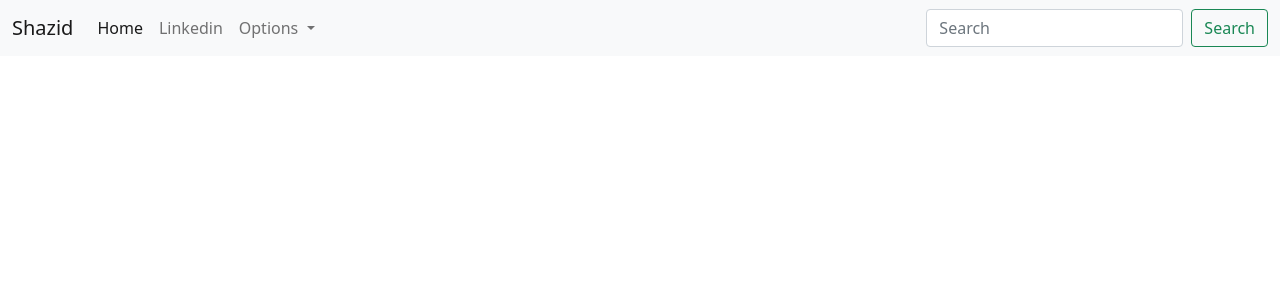
Repository: shazid98/shazid_webpage
Page: index.html
These files come from the project's save history. The page is drawn as it stood at one moment and after the next save; the edit follows.
The browser window is 1280 px wide. The pictures show the whole page.

Above is the page before, as saved 2022-07-04 15:42:03.

### index.html
<!DOCTYPE html>
<!--[if lt IE 7]>      <html class="no-js lt-ie9 lt-ie8 lt-ie7"> <![endif]-->
<!--[if IE 7]>         <html class="no-js lt-ie9 lt-ie8"> <![endif]-->
<!--[if IE 8]>         <html class="no-js lt-ie9"> <![endif]-->
<!--[if gt IE 8]>      <html class="no-js"> <![endif]-->
<html>
    <head>
        <meta charset="utf-8">
        <meta http-equiv="X-UA-Compatible" content="IE=edge">
        <title></title>
        <meta name="description" content="">
        <meta name="viewport" content="width=device-width, initial-scale=1">
        <link rel="stylesheet" href="style.css">
        <link href="https://cdn.jsdelivr.net/npm/bootstrap@5.0.2/dist/css/bootstrap.min.css" rel="stylesheet" integrity="sha384-EVSTQN3/azprG1Anm3QDgpJLIm9Nao0Yz1ztcQTwFspd3yD65VohhpuuCOmLASjC" crossorigin="anonymous">
        <script src="https://cdn.jsdelivr.net/npm/bootstrap@5.0.2/dist/js/bootstrap.bundle.min.js" integrity="sha384-MrcW6ZMFYlzcLA8Nl+NtUVF0sA7MsXsP1UyJoMp4YLEuNSfAP+JcXn/tWtIaxVXM" crossorigin="anonymous"></script>
        <nav class="navbar navbar-expand-lg navbar-light bg-light">
            <div class="container-fluid">
              <a class="navbar-brand" href="#">Shazid</a>
              <button class="navbar-toggler" type="button" data-bs-toggle="collapse" data-bs-target="#navbarSupportedContent" aria-controls="navbarSupportedContent" aria-expanded="false" aria-label="Toggle navigation">
                <span class="navbar-toggler-icon"></span>
              </button>
              <div class="collapse navbar-collapse" id="navbarSupportedContent">
                <ul class="navbar-nav me-auto mb-2 mb-lg-0">
                  <li class="nav-item">
                    <a class="nav-link active" aria-current="page" href="#">Home</a>
                  </li>
                  <li class="nav-item">
                    <a class="nav-link" href="https://www.linkedin.com/in/shazidt/">Linkedin</a>
                  </li>
                  <li class="nav-item dropdown">
                    <a class="nav-link dropdown-toggle" href="#" id="navbarDropdown" role="button" data-bs-toggle="dropdown" aria-expanded="false">
                      Options
                    </a>
                    <ul class="dropdown-menu" aria-labelledby="navbarDropdown">
                      <li><a class="dropdown-item" href="#">Action</a></li>
                      <li><a class="dropdown-item" href="#">Another action</a></li>
                      <li><hr class="dropdown-divider"></li>
                      <li><a class="dropdown-item" href="#">Something else here</a></li>
                    </ul>
                  </li>
                  <!-- <li class="nav-item">
                    <a class="nav-link disabled" href="#" tabindex="-1" aria-disabled="true">Disabled</a>
                  </li> -->
                </ul>
                <form class="d-flex">
                  <input class="form-control me-2" type="search" placeholder="Search" aria-label="Search">
                  <button class="btn btn-outline-success" type="submit">Search</button>
                </form>
              </div>
            </div>
          </nav>

        <script src="" async defer></script>
    </head>
    <body>
        <!--[if lt IE 7]>
            <p class="browsehappy">You are using an <strong>outdated</strong> browser. Please <a href="#">upgrade your browser</a> to improve your experience.</p>
        <![endif]-->

    </body>
</html>

Loaded but not shown: style.css (no stored copy; drawn as an empty file)

After the next save:
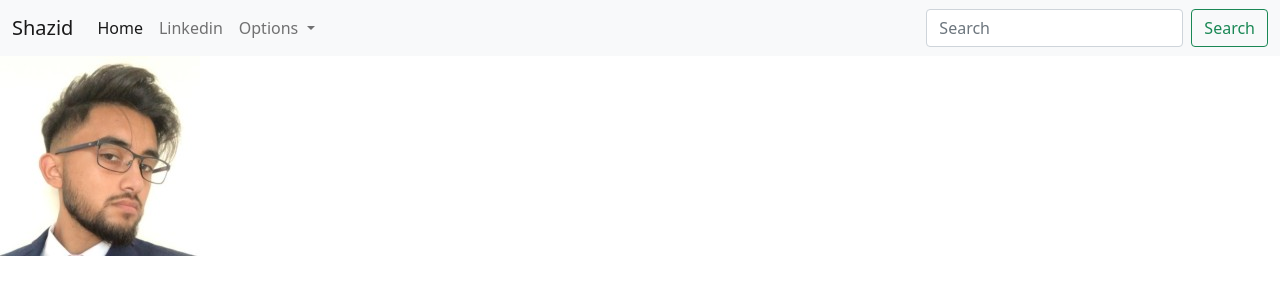
Saved 4 min 54 s later.
--- a/index.html
+++ b/index.html
@@ -56,6 +56,6 @@
         <!--[if lt IE 7]>
             <p class="browsehappy">You are using an <strong>outdated</strong> browser. Please <a href="#">upgrade your browser</a> to improve your experience.</p>
         <![endif]-->
-
+        <img src="/images/profile.jpg" alt="Profile Picture">
     </body>
 </html>
